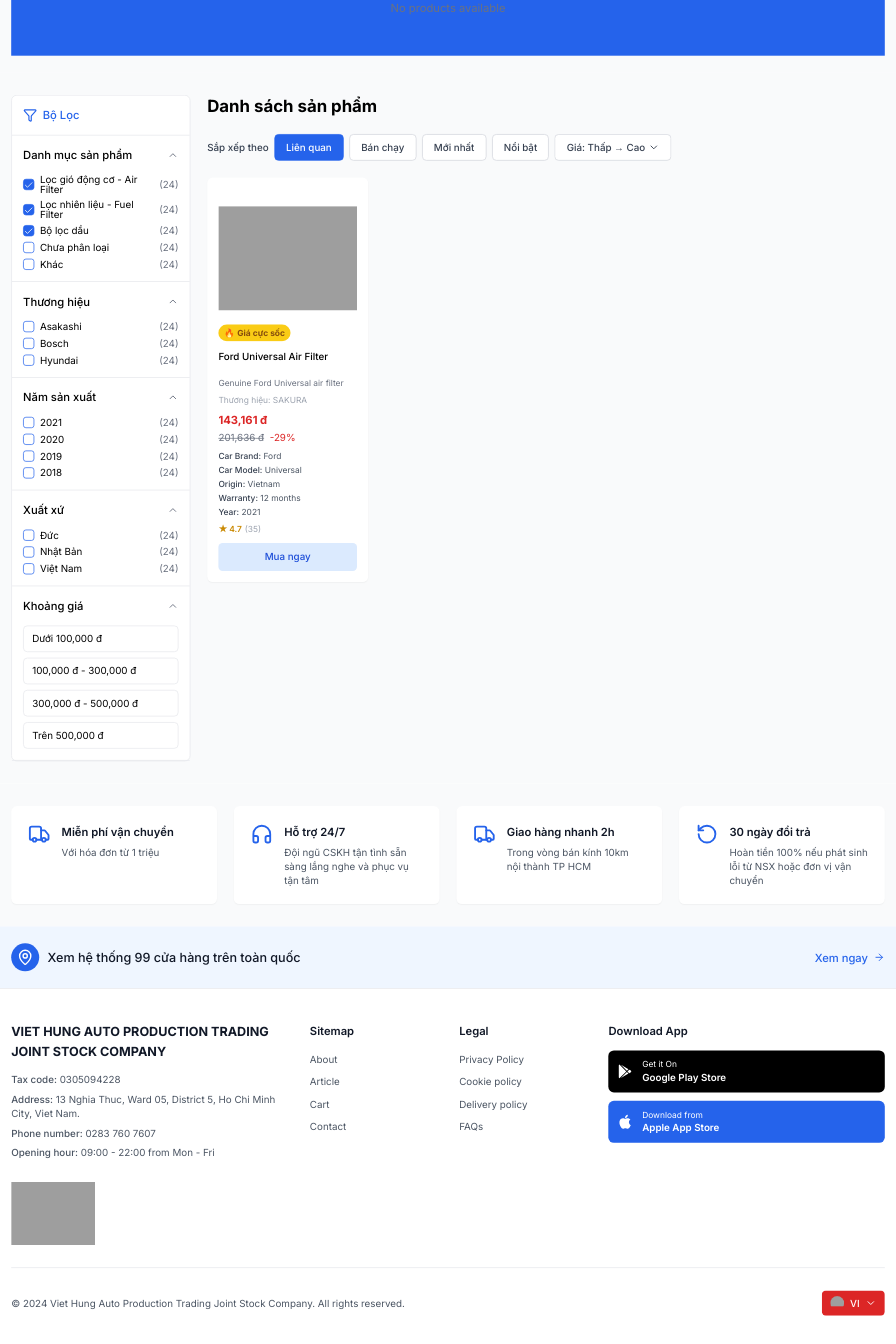
Repository: truonggiang2512/FristRound_Test
Page: /
An editor plug-in stored every save of this project. The page is shown before and after the next save, followed by the edit.
The browser window is 1280 px wide. The pictures show the part of the page from y = 771 to 2691 px (the page is 2699 px tall before and 2443 px after), at 70% of full size.
Pictures or frames that could not be fetched are drawn as grey boxes. The page's requests for data from a server got no answer. The project was rebuilt for these pictures with package versions that can differ from the ones it lists, and the page was loaded fresh each time. Some packages were replaced by stand-ins written for this rebuild. The framework's server and built-in components were replaced by stand-ins that run in the browser. No one was signed in, and anything a server would have sent is missing. Also part of the build but not shown: next.config.mjs, components/category-sidebar.tsx, components/category-grid.tsx, components/best-selling-section.tsx, components/mega-menu.tsx, components/cart-item.tsx, components/cart-dropdown.tsx, components/ui/label.tsx and 4 more.

Above is the page before, as saved 2025-05-25 12:46:57.

After the next save:
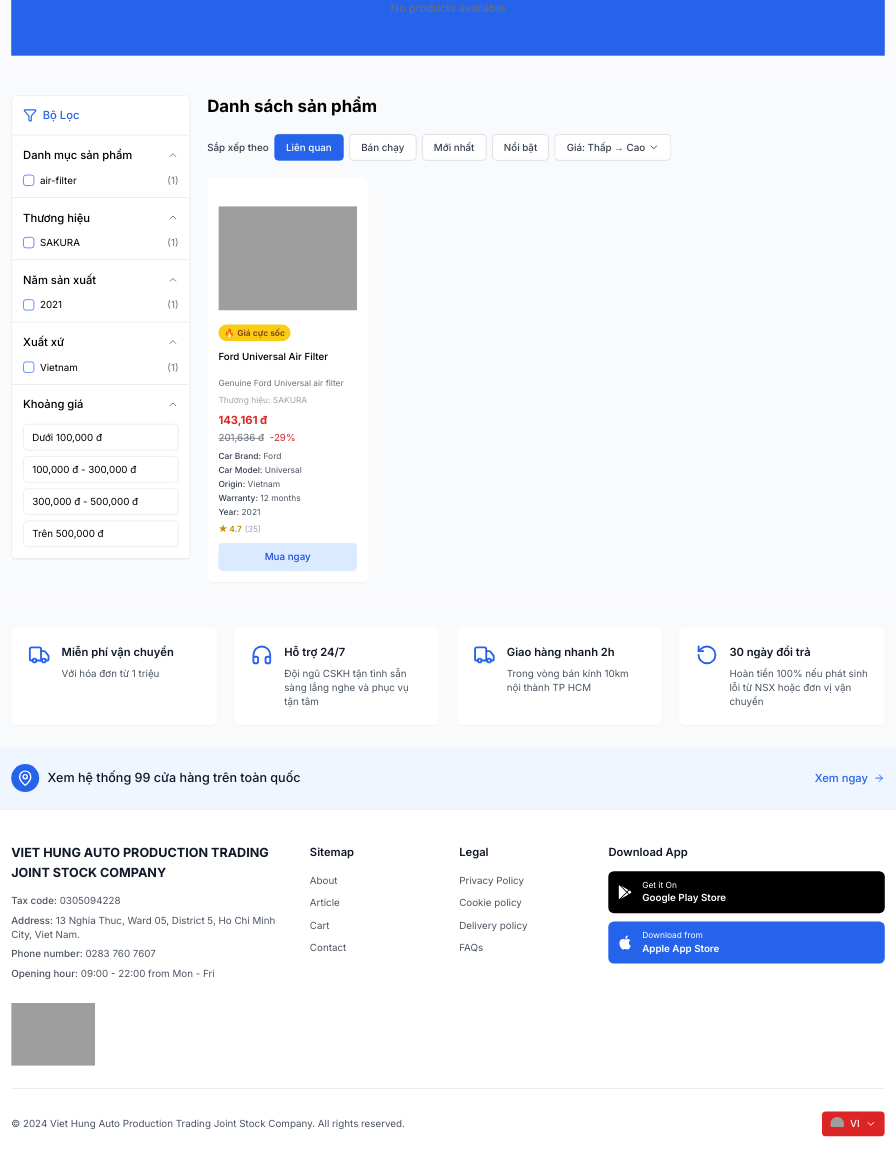
Saved 2 min 36 s later.
--- a/components/product-listing.tsx
+++ b/components/product-listing.tsx
@@ -3,7 +3,7 @@
 import { SortOptions } from "@/components/sort-options"
 import { FilterSidebar } from "@/components/filter-sidebar"
 import { ProductGrid } from "./product-grid"
-import { useState } from "react"
+import { useState, useMemo } from "react"
 
 // Sample data
 const categories = [
@@ -135,6 +135,71 @@
   const [activePriceRange, setActivePriceRange] = useState<string | null>(null)
 
   const products = productsFromDB.map(mapProductFromDB)
+
+  // 1. Generate filter options dynamically from products
+  const categoryOptions = useMemo(() => {
+    const map = new Map();
+    products.forEach((p) => {
+      if (p.categoryId) {
+        map.set(p.categoryId, (map.get(p.categoryId) || 0) + 1);
+      }
+    });
+    return Array.from(map.entries()).map(([id, count]) => ({
+      id,
+      label: id, // You can map to category name if you have a lookup
+      count,
+    }));
+  }, [products]);
+
+  const brandOptions = useMemo(() => {
+    const map = new Map();
+    products.forEach((p) => {
+      if (p.brand) {
+        map.set(p.brand, (map.get(p.brand) || 0) + 1);
+      }
+    });
+    return Array.from(map.entries()).map(([id, count]) => ({
+      id: id.toLowerCase(),
+      label: id,
+      count,
+    }));
+  }, [products]);
+
+  const yearOptions = useMemo(() => {
+    const map = new Map();
+    products.forEach((p) => {
+      if (p.year) {
+        map.set(p.year, (map.get(p.year) || 0) + 1);
+      }
+    });
+    return Array.from(map.entries()).map(([id, count]) => ({
+      id,
+      label: id,
+      count,
+    }));
+  }, [products]);
+
+  const originOptions = useMemo(() => {
+    const map = new Map();
+    products.forEach((p) => {
+      if (p.origin) {
+        map.set(p.origin.toLowerCase(), (map.get(p.origin.toLowerCase()) || 0) + 1);
+      }
+    });
+    return Array.from(map.entries()).map(([id, count]) => ({
+      id,
+      label: id.charAt(0).toUpperCase() + id.slice(1),
+      count,
+    }));
+  }, [products]);
+
+  // 2. Build filterGroups for the sidebar
+  const filterGroups = [
+    { id: "categories", title: "Danh mục sản phẩm", options: categoryOptions },
+    { id: "brands", title: "Thương hiệu", options: brandOptions },
+    { id: "year", title: "Năm sản xuất", options: yearOptions },
+    { id: "origin", title: "Xuất xứ", options: originOptions },
+  ];
 
   // Filtering logic
   const filteredProducts = products.filter((product) => {
